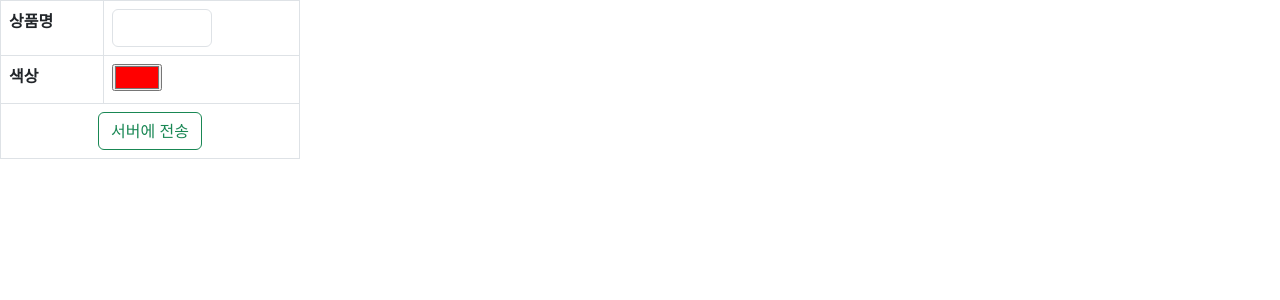
Repository: ssung2sin/sist0615_spring
Page: http://localhost/SpringMvcRead5/naver/form2
An editor plug-in stored every save of this project. The page is shown before and after the next save, followed by the edit.
The browser window is 1280 px wide. The pictures show the whole page.
Some web fonts or font styles are not loaded; a fallback is used. The page is served by Tomcat 9. Other server files are loaded and not shown.

Above is the page before, as saved 2023-10-10 06:43:49.

### SpringMvcRead5/src/main/webapp/WEB-INF/day1010/form2.jsp
<%@ page language="java" contentType="text/html; charset=UTF-8"
    pageEncoding="UTF-8"%>
<%@ taglib uri="http://java.sun.com/jsp/jstl/core" prefix="c"%>
<%@ taglib uri="http://java.sun.com/jsp/jstl/fmt" prefix="fmt"%>
<!DOCTYPE html>
<html>
<head>
<meta charset="UTF-8">
<link href="https://cdn.jsdelivr.net/npm/bootstrap@5.3.0/dist/css/bootstrap.min.css" rel="stylesheet">
<link href="https://fonts.googleapis.com/css2?family=Dongle:wght@300&family=Gaegu:wght@300&family=Nanum+Pen+Script&family=Sunflower:wght@300&display=swap" rel="stylesheet">
<script src="https://code.jquery.com/jquery-3.7.0.js"></script>
<title>Insert title here</title>
</head>
<body>
<form action="read2" method="post">
	<table class="table table-bordered" style="width: 300px;">
		<tr>
			<th wid>상품명</th>
			<td><input type="text" class="form-control" name="sang" style="width:100px;"></td>
		</tr>
		<tr>
			<th>색상</th>
			<td>
				<input type="color" name="color" value="#ff0000">
			</td>
		</tr>
		<tr>
			<td colspan="2" align="center"><button type="submit" class="btn btn-outline-success">서버에 전송</button></td>
		</tr>
	</table>
</form>
</body>
</html>

After the next save:
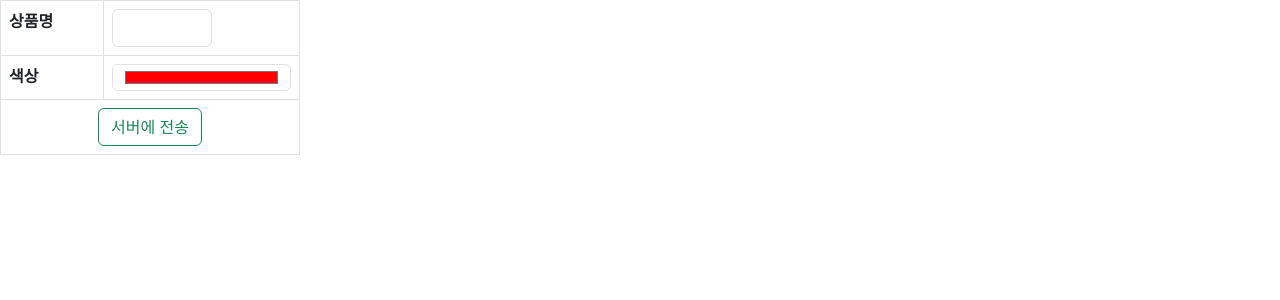
Saved 44 s later.
--- a/SpringMvcRead5/src/main/webapp/WEB-INF/day1010/form2.jsp
+++ b/SpringMvcRead5/src/main/webapp/WEB-INF/day1010/form2.jsp
@@ -21,7 +21,7 @@
 		<tr>
 			<th>색상</th>
 			<td>
-				<input type="color" name="color" value="#ff0000">
+				<input type="color" name="color" value="#ff0000" class="form-control">
 			</td>
 		</tr>
 		<tr>
